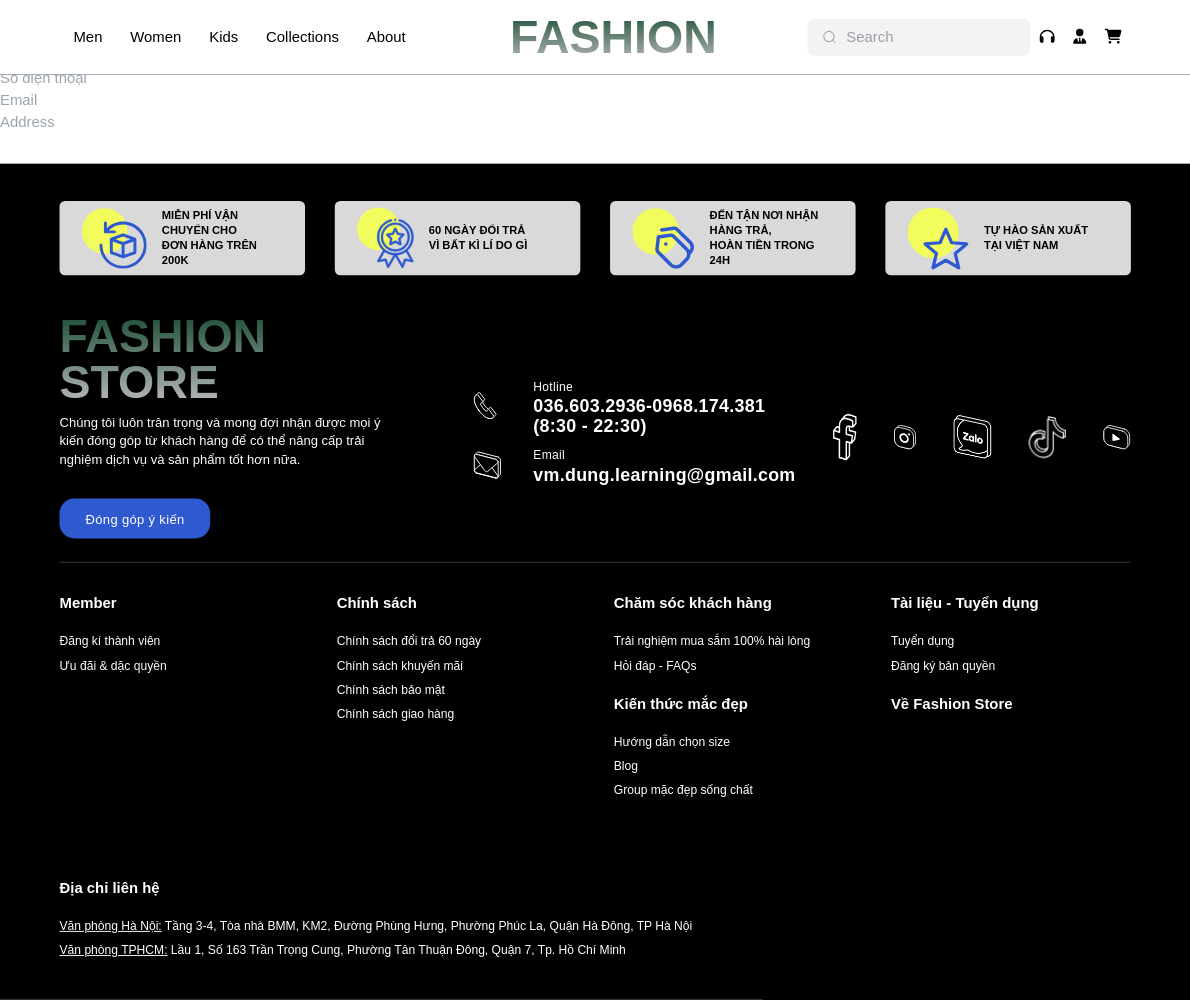
Repository: VuSnow/Software_Engineering
Page: /CartPayment
These files come from the project's save history. The page is drawn as it stood at one moment and after the next save; the edit follows.
The browser window is 1280 px wide. The pictures show the whole page, at 93% of full size.
The project was rebuilt for these pictures with package versions that can differ from the ones it lists, and the page was loaded fresh each time. The framework's server and built-in components were replaced by stand-ins that run in the browser. Also part of the build but not shown: next.config.js, src/components/cart/CartItem/CartItem.tsx, src/components/cart/Cart.tsx, src/app/Login/page.tsx, src/app/register/page.tsx, src/app/forgorPassword/page.tsx.

Above is the page before, as saved 2023-06-27 12:56:07.

After the next save:
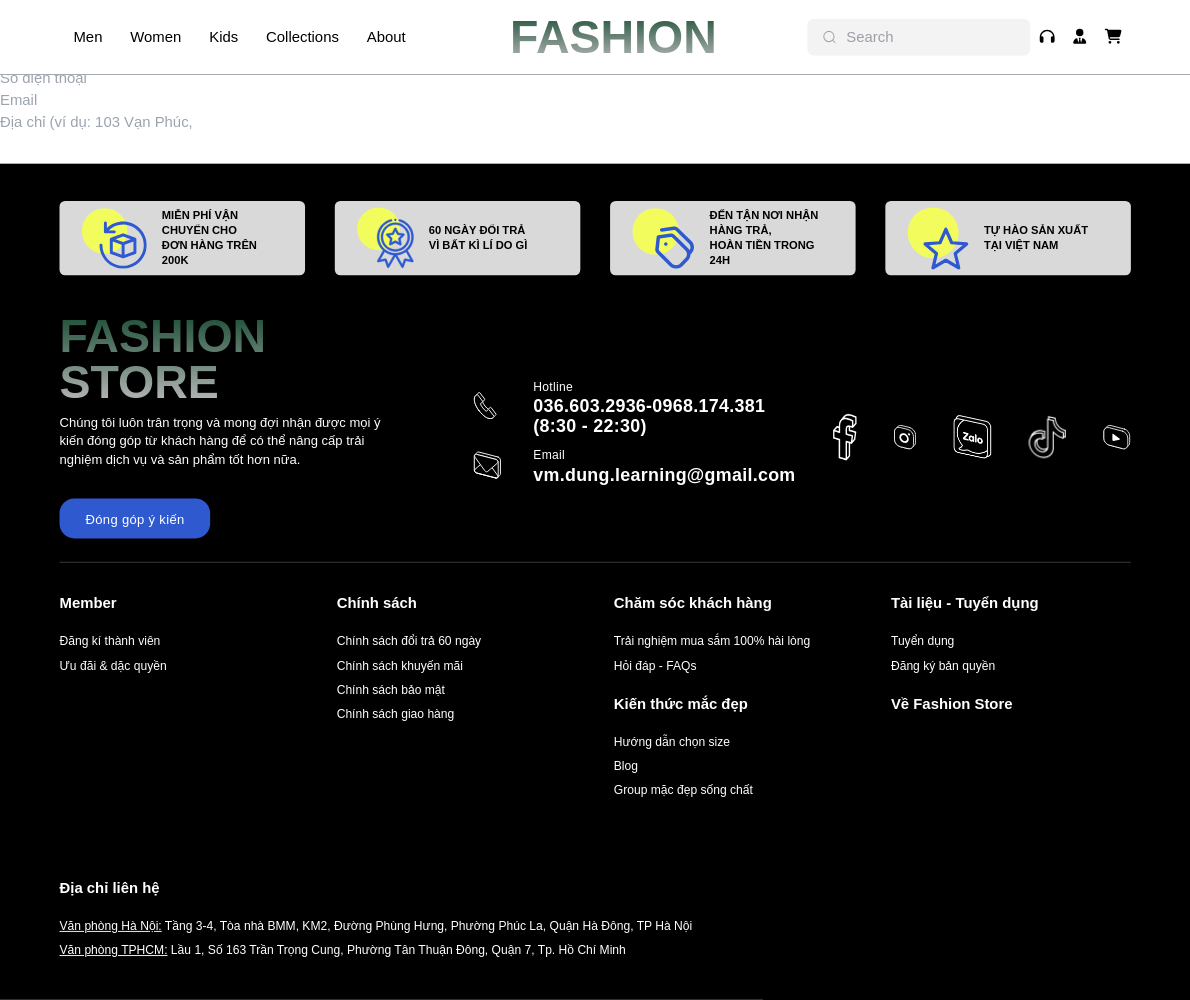
Saved 34 s later.
--- a/src/app/CartPayment/page.tsx
+++ b/src/app/CartPayment/page.tsx
@@ -44,7 +44,7 @@
                   <input
                     type="text"
                     name="address"
-                    placeholder="Address"
+                    placeholder="Địa chỉ (ví dụ: 103 Vạn Phúc, phường Vạn Phúc)"
                     className="form-control"
                   />
                 </div>
